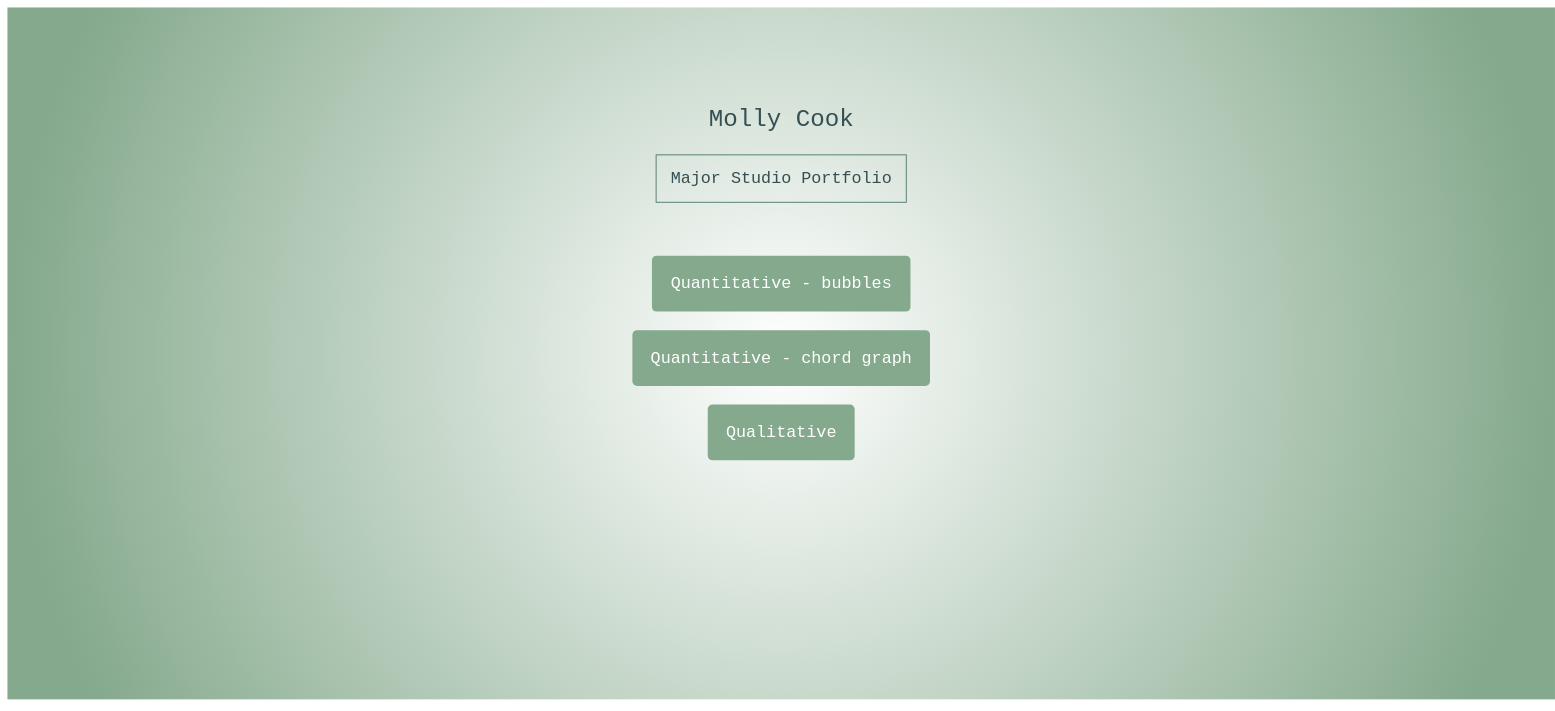
Repository: m0llyc00k/Major-studio-1
Page: index.html
The author's editor kept a record of every edit. The page is drawn from the files as they stood at one moment, then again after the next edit.
The browser window is 1280 px wide. The page is 1672 px wide, so the pictures cover 1672 px, including what lies to the right of the window. The pictures show the whole page, at 93% of full size.

Above is the page before.

After the next edit:
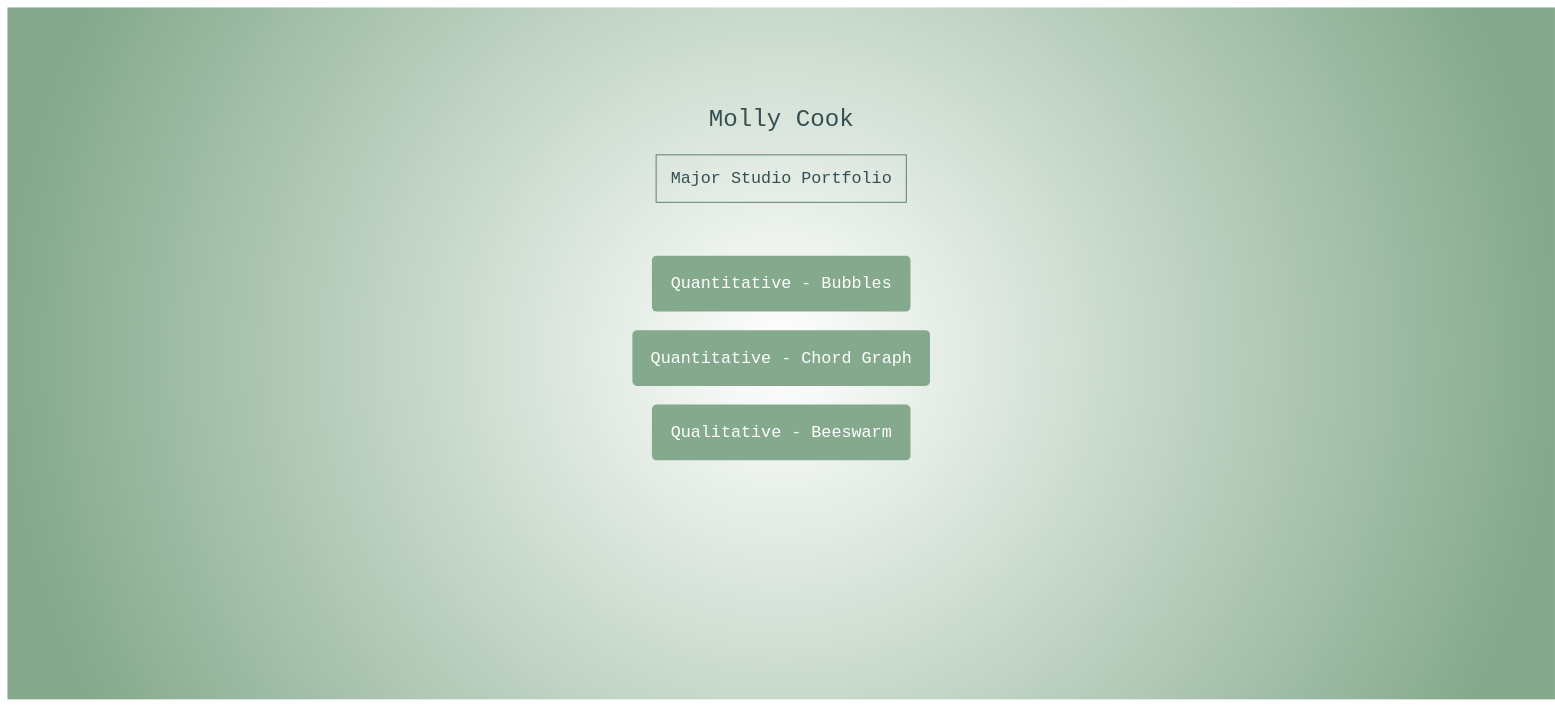
The edit:
--- a/index.html
+++ b/index.html
@@ -13,9 +13,9 @@
         </br>
         <h2>Major Studio Portfolio</h2>
         <ul>
-           <li> <a href="./Week 01/assignment-1-folder/index1.html"> Quantitative - bubbles</a> </li>
-           <li>  <a href="./Week 02/assignment-2-folder/index2.html"> Quantitative - chord graph</a></li>
-            <li> <a href="./Week 03/assignment-3-folder/index3.html"> Qualitative</a></li>
+           <li>  <a href="./Week5_Smithsonian_quantitative_original/topic_bubbles.html"> Quantitative - Bubbles</a></li>
+            <li> <a href="./Week5_Smithsonian_quantitative_original/Smithsonian_chord_graph/index-topics.html"> Quantitative - Chord Graph</a> </li>
+            <li> <a href="./Qualitative/examples-beeswarm/index-2.html"> Qualitative - Beeswarm</a></li>
         </ul>
     </div>
 </body>
